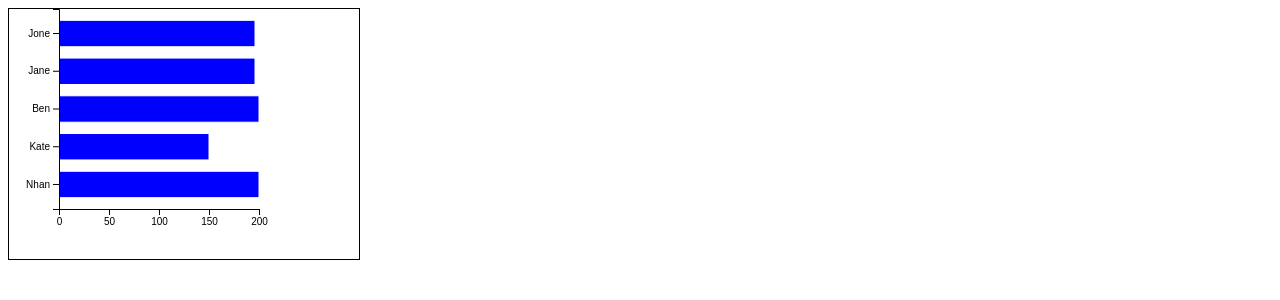
Repository: ducdatit2002/Data-Visualization-Coursera
Page: WEEK2/Demo/demo_adding_annotations.html
The author's editor kept a copy of each file at every save. The page is drawn from the files as they stood at one save, then again after the next save.
The browser window is 1280 px wide. The pictures show the whole page.

Above is the page before, as saved 2023-10-07 00:20:23.

### WEEK2/Demo/demo_adding_annotations.html
<html>
  <head></head>
  <body>
    <svg
      id="container"
      height="250"
      width="350"
      style="border: 1px solid black"
    >
      <g id="body" style="transform: translate(50px, 0px)"></g>
      <g id="yAxis"></g>
      <g id="xAxis"></g>
    </svg>
  </body>
  <script src="https://cdn.jsdelivr.net/npm/d3@7"></script>
  <script>
    let body = d3.select("#body");
    d3.csv("data.csv").then(showData);

    function showData(clients) {
      let max = d3.max(clients, (d) => d.Weight);
      let scale = d3.scaleLinear().range([0, 200]).domain([0, max]);

      let scalePosition = d3
        .scaleBand()
        .range([0, 200])
        .domain(clients.map((d) => d.Name))
        .padding(0.3);

      let join = body.selectAll("rect").data(clients);

      join
        .enter()
        .append("rect")
        .style("fill", "blue")
        .style("stroke", "white")
        .attr("width", (d) => scale(d.Weight))
        .attr("height", scalePosition.bandwidth())
        .attr("y", (d) => scalePosition(d.Name));

      let xAxis = d3.axisBottom(scale).ticks(5);
      d3.select("#xAxis").attr("transform", "translate(50,200)").call(xAxis);

      let yAxis = d3.axisLeft(scalePosition);
      d3.select("#yAxis").attr("transform","translate(50,0)").call(yAxis);
    }
  </script>
</html>

After the next save:
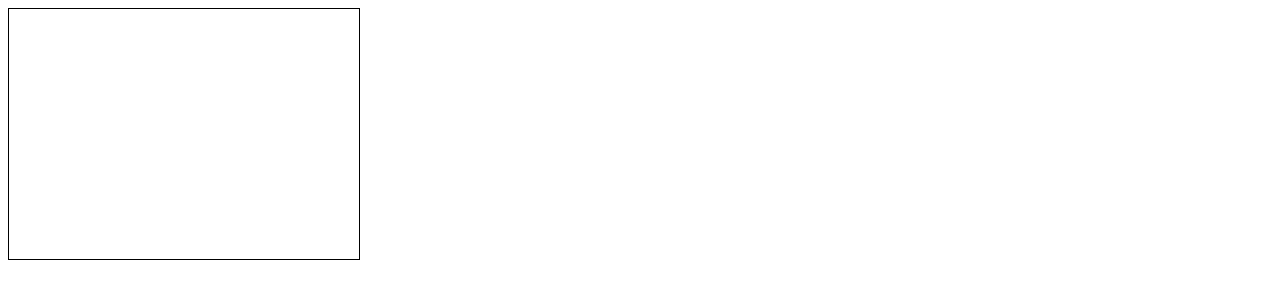
Console error: SyntaxError: Unexpected token ';'
Saved 12 s later.
--- a/WEEK2/Demo/demo_adding_annotations.html
+++ b/WEEK2/Demo/demo_adding_annotations.html
@@ -38,7 +38,7 @@
         .attr("height", scalePosition.bandwidth())
         .attr("y", (d) => scalePosition(d.Name));
 
-      let xAxis = d3.axisBottom(scale).ticks(5);
+      let xAxis = d3.axisBottom(scale).ticks(5).;
       d3.select("#xAxis").attr("transform", "translate(50,200)").call(xAxis);
 
       let yAxis = d3.axisLeft(scalePosition);

After the save that followed:
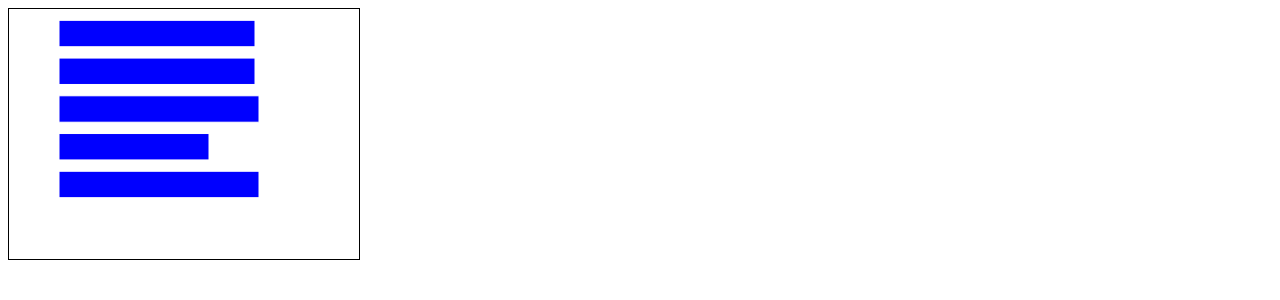
Console error: TypeError: Cannot read properties of null (reading 'apply')
Saved 6 s later.
--- a/WEEK2/Demo/demo_adding_annotations.html
+++ b/WEEK2/Demo/demo_adding_annotations.html
@@ -38,7 +38,7 @@
         .attr("height", scalePosition.bandwidth())
         .attr("y", (d) => scalePosition(d.Name));
 
-      let xAxis = d3.axisBottom(scale).ticks(5).;
+      let xAxis = d3.axisBottom(scale).ticks(5).tickFormat();
       d3.select("#xAxis").attr("transform", "translate(50,200)").call(xAxis);
 
       let yAxis = d3.axisLeft(scalePosition);
